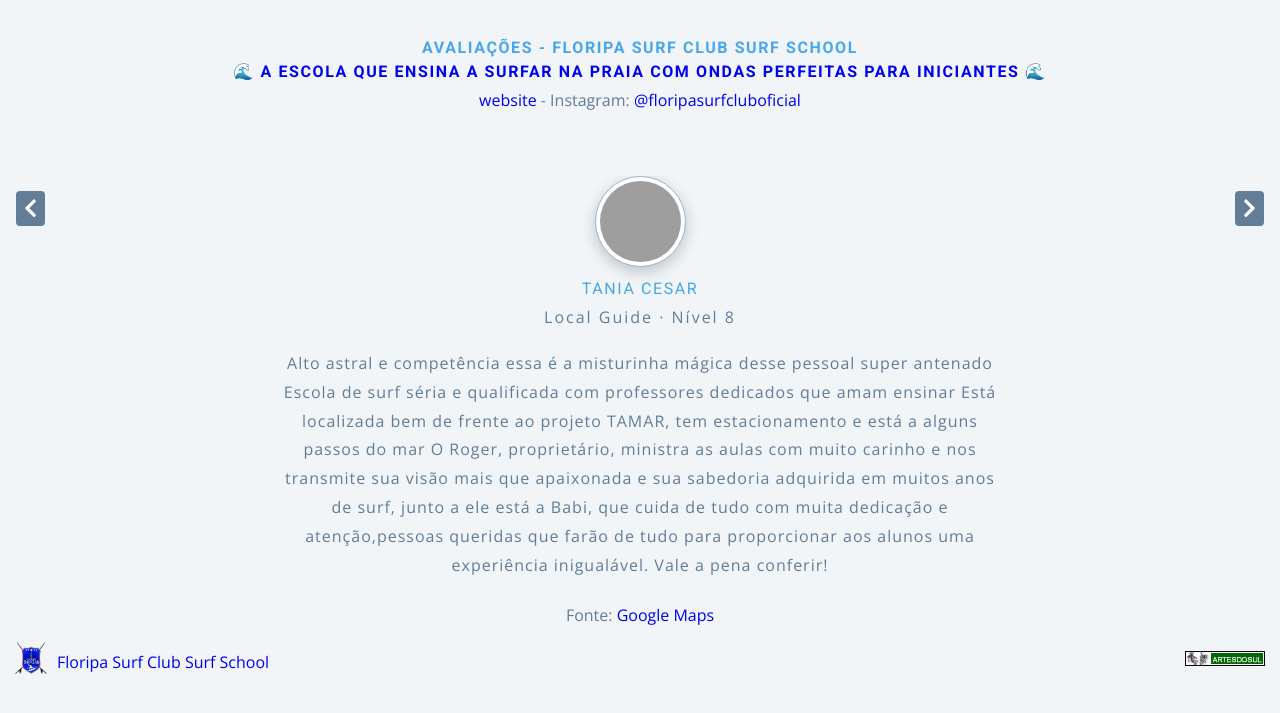
Repository: araguaci/floripasurfclub-reviews
Page: index.html
The author's editor kept a copy of each file at every save. The page is drawn from the files as they stood at one save, then again after the next save.
The browser window is 1280 px wide. The pictures show the whole page.
Pictures or frames that could not be fetched are drawn as grey boxes. Some web libraries are served in a nearby version.

Above is the page before, as saved 2021-08-23 21:26:42.

After the next save:
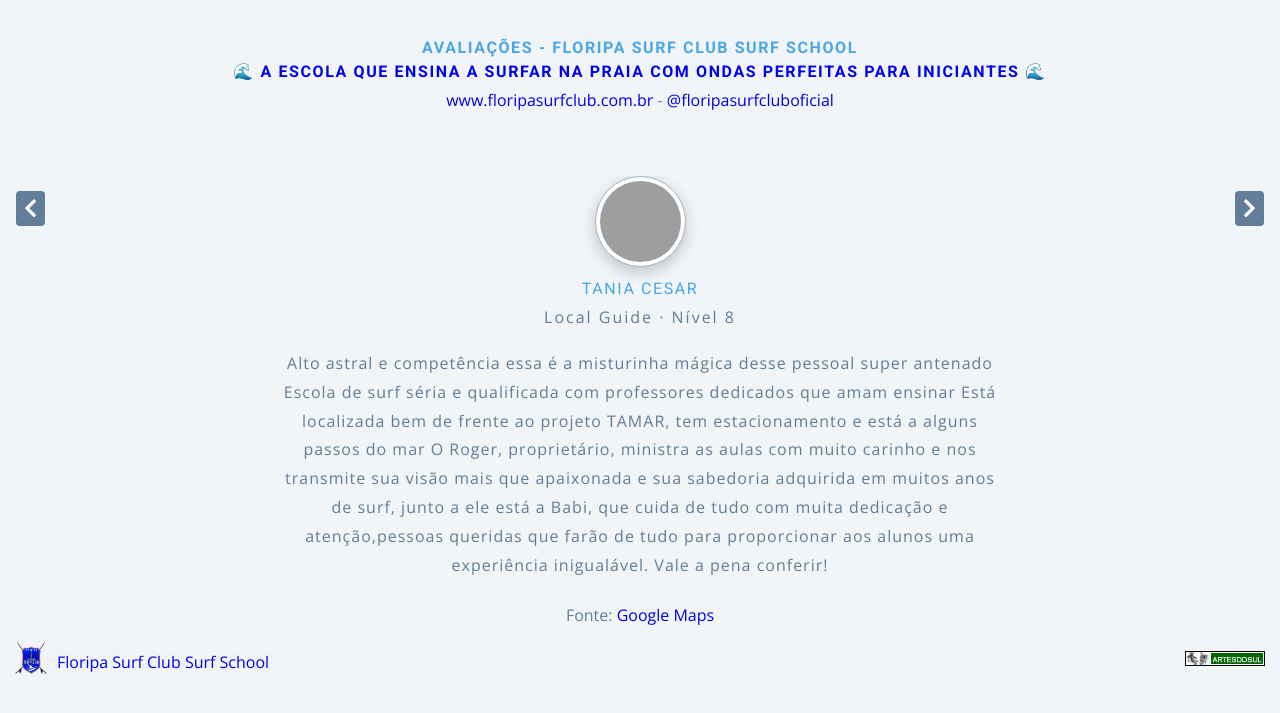
Saved 62 s later.
--- a/index.html
+++ b/index.html
@@ -35,7 +35,7 @@
       <div class="reviews">
         <h4>Avaliações - Floripa Surf Club Surf School</h4>
         <h4><a href="http://www.floripasurfclub.com.br/">🌊 A escola que ensina a surfar na praia com ondas perfeitas para iniciantes 🌊</a></h4>
-        <p><a href="http://www.floripasurfclub.com.br/">website</a> - Instagram: <a href="https://www.instagram.com/floripasurfcluboficial/">@floripasurfcluboficial</a></p>
+        <p><a href="http://www.floripasurfclub.com.br/" title="Website Floripa Surf Club Surf School">www.floripasurfclub.com.br</a> - <a href="https://www.instagram.com/floripasurfcluboficial/" title="Instagram">@floripasurfcluboficial</a></p>
       </div>
       <div class="slide-container">
         <!-- <article class="slide">
